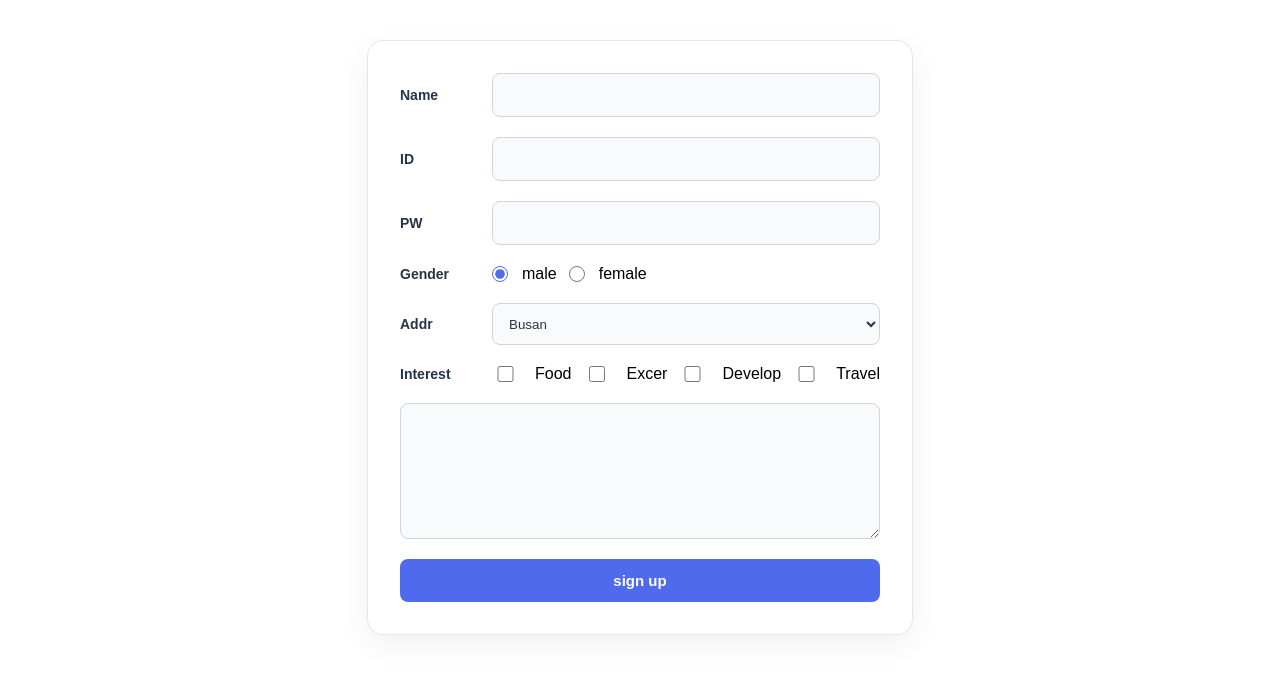
Repository: 9re9ori0426/Bootcamp
Page: webws/03_InputOutput/src/main/webapp/reg.html
An editor plug-in stored every save of this project. The page is shown before and after the next save, followed by the edit.
The browser window is 1280 px wide. The pictures show the whole page.

Above is the page before, as saved 2026-10-20 07:44:04.

### webws/03_InputOutput/src/main/webapp/reg.html
<!DOCTYPE html>
<html>
<head>
<meta charset="UTF-8">
<title>Insert title here</title>
<link rel='stylesheet' href='reg.css'>
</head>
<body>
	<form action="">
		<div class="signup-row">
			<div>Name</div>
			<input>
		</div>
		<div class="signup-row">
			<div>ID</div>
			<input>
		</div>
		<div class="signup-row">
			<div>PW</div>
			<input>
		</div>
		<div class="signup-row">
			<div>Gender</div>
			<input type="radio" name="gender" checked>male
			<input type="radio" name="gender">female
		</div>
		<div class="signup-row">
			<div>Addr</div>
			<select>
				<option>Seoul</option>
				<option selected>Busan</option>
				<option>Cheonan</option>
			</select>
		</div>
		<div class="signup-row">
			<div>Interest</div>
			<input type="checkbox">Food
			<input type="checkbox">Excer
			<input type="checkbox">Develop
			<input type="checkbox">Travel
		</div>
		<div class="signup-row">
			<textarea></textarea>
		</div>


		<button>sign up</button>
	</form>
</body>
</html>

### webws/03_InputOutput/src/main/webapp/reg.css
@charset "UTF-8";


:root {
  --primary: #4f6bed;
  --primary-hover: #3d55d6;
  --text: #263449;
  --text-muted: #6b7280;
  --border: #d1d5db;
  --background: #f8fafc;
  --surface: #ffffff;
  --radius: 8px;
  --focus-shadow: rgba(79, 107, 237, 0.15);
}

form {
  width: 100%;
  max-width: 480px;
  margin: 40px auto;
  padding: 32px;
  background: var(--surface);
  border: 1px solid #e5e7eb;
  border-radius: 16px;
  box-shadow: 0 10px 30px rgba(0, 0, 0, 0.06);
  font-family: Arial, sans-serif;
}

.signup-row {
  display: flex;
  align-items: center;
  flex-wrap: wrap;
  gap: 12px;
  margin-bottom: 20px;
}

.signup-row > div {
  flex: 0 0 80px;
  color: var(--text);
  font-size: 14px;
  font-weight: 600;
}

/* Text, ID, Password inputs */
.signup-row > input:not([type="radio"]) {
  flex: 1;
  min-width: 0;
  height: 42px;
  padding: 0 12px;
  color: var(--text);
  background: var(--background);
  border: 1px solid var(--border);
  border-radius: var(--radius);
  outline: none;
  transition: border-color 0.2s, box-shadow 0.2s;
}

/* Select */
.signup-row select {
  flex: 1;
  min-width: 0;
  height: 42px;
  padding: 0 12px;
  color: var(--text);
  background: var(--background);
  border: 1px solid var(--border);
  border-radius: var(--radius);
  outline: none;
  cursor: pointer;
}

/* Textarea row */
.signup-row:has(textarea) {
  align-items: stretch;
}

.signup-row textarea {
  width: 100%;
  min-height: 110px;
  padding: 12px;
  color: var(--text);
  background: var(--background);
  border: 1px solid var(--border);
  border-radius: var(--radius);
  font: inherit;
  resize: vertical;
  outline: none;
}

/* Focus effect */
.signup-row input:focus,
.signup-row select:focus,
.signup-row textarea:focus {
  border-color: var(--primary);
  box-shadow: 0 0 0 3px var(--focus-shadow);
}

/* Radio buttons */
.signup-row input[type="radio"] {
  width: 16px;
  height: 16px;
  margin: 0 2px 0 0;
  accent-color: var(--primary);
  cursor: pointer;
}

/* Submit button */
form > button {
  width: 100%;
  padding: 13px;
  color: #fff;
  background: var(--primary);
  border: none;
  border-radius: var(--radius);
  font-size: 15px;
  font-weight: 700;
  cursor: pointer;
  transition: background 0.2s, transform 0.2s;
}

form > button:hover {
  background: var(--primary-hover);
}

form > button:active {
  transform: scale(0.98);
}

/* Mobile */
@media (max-width: 520px) {
  form {
    width: calc(100% - 32px);
    padding: 24px 18px;
  }

  .signup-row {
    gap: 10px;
  }

  .signup-row > div {
    flex-basis: 65px;
  }
}
/* Interest checkbox */
.signup-row input[type="checkbox"] {
  width: 16px;
  height: 16px;
  margin: 0 4px 0 0;
  accent-color: var(--primary);
  cursor: pointer;
  vertical-align: middle;
}

/* Interest row layout */
.signup-row:has(input[type="checkbox"]) {
  display: flex;
  align-items: center;
  flex-wrap: wrap;
  gap: 12px;
}

.signup-row:has(input[type="checkbox"]) > div {
  flex: 0 0 80px;
}

/* Checkbox hover */
.signup-row input[type="checkbox"]:hover {
  filter: brightness(0.9);
}

After the next save:
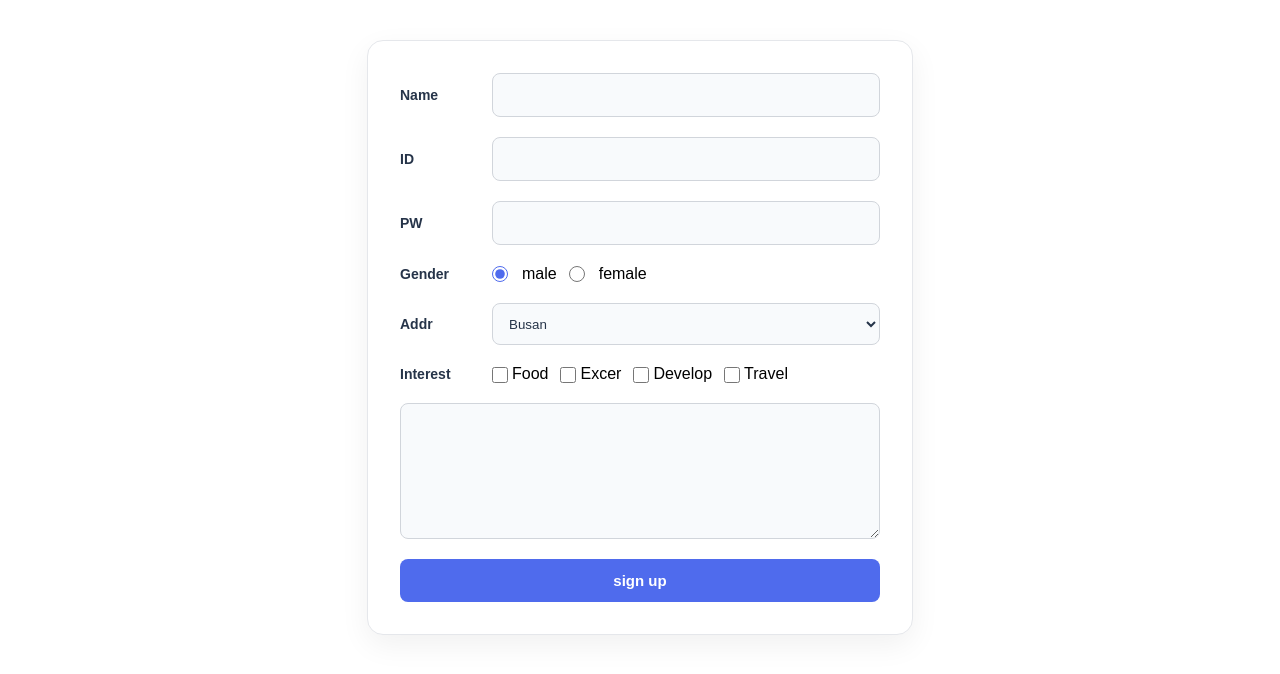
Saved 2 min 28 s later.
--- a/webws/03_InputOutput/src/main/webapp/reg.html
+++ b/webws/03_InputOutput/src/main/webapp/reg.html
@@ -34,10 +34,10 @@
 		</div>
 		<div class="signup-row">
 			<div>Interest</div>
-			<input type="checkbox">Food
-			<input type="checkbox">Excer
-			<input type="checkbox">Develop
-			<input type="checkbox">Travel
+			<label><input type="checkbox">Food</label>
+			<label><input type="checkbox">Excer</label>
+			<label><input type="checkbox">Develop</label>
+			<label><input type="checkbox">Travel</label>
 		</div>
 		<div class="signup-row">
 			<textarea></textarea>
